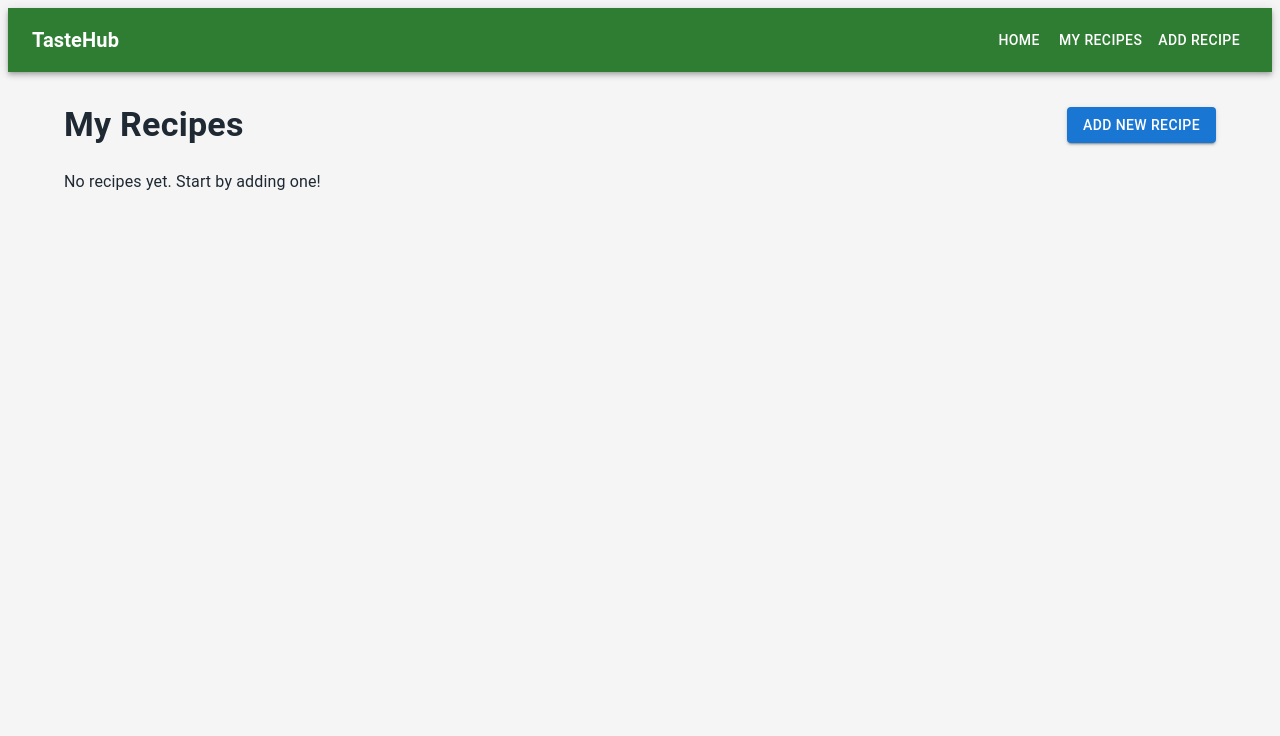
Repository: PabloVega7/TasteHub-Milestone03
Page: /my-recipes
An editor plug-in stored every save of this project. The page is shown before and after the next save, followed by the edit.
The browser window is 1280 px wide. The pictures show the whole page.
The project was rebuilt for these pictures with package versions that can differ from the ones it lists, and the page was loaded fresh each time. Also part of the build but not shown: vite.config.js, src/components/RecipeCard.jsx, src/pages/Home.jsx, src/pages/RecipeDetails.jsx, src/pages/AddRecipe.jsx, src/pages/EditRecipe.jsx. Imported but missing from the stored project, and not drawn on this page: src/components/WebRecipes.

Above is the page before, as saved 2025-11-29 15:48:28.

After the next save:
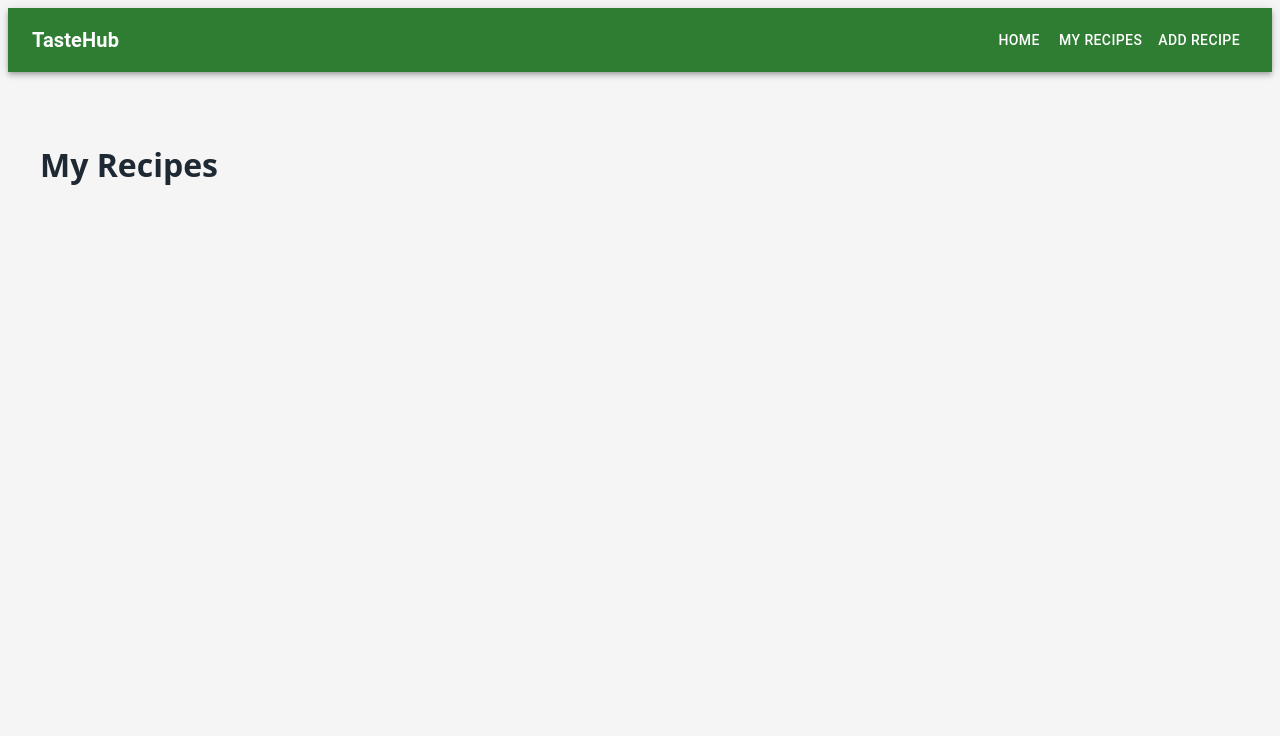
Saved 15 s later.
--- a/src/pages/MyRecipes.jsx
+++ b/src/pages/MyRecipes.jsx
@@ -1,45 +1,23 @@
-// src/pages/MyRecipes.jsx
-import { Container, Typography, Grid, Button, Box } from "@mui/material";
-import { Link } from "react-router-dom";
+import { useRecipes } from "../context/RecipesContext";
 import RecipeCard from "../components/RecipeCard";
-import { useRecipes } from "../context/RecipesContext";
 
 export default function MyRecipes() {
   const { recipes } = useRecipes();
 
   return (
-    <Container sx={{ mt: 4, mb: 6 }}>
-      <Box
-        sx={{
-          display: "flex",
-          justifyContent: "space-between",
-          alignItems: "center",
-          mb: 3,
-        }}>
-        <Typography variant="h4" fontWeight={700}>
-          My Recipes
-        </Typography>
+    <div style={{ padding: "2rem" }}>
+      <h1>My Recipes</h1>
 
-        <Button variant="contained" component={Link} to="/add-recipe">
-          Add New Recipe
-        </Button>
-      </Box>
-
-      {recipes.length === 0 ? (
-        <Typography>No recipes yet. Start by adding one!</Typography>
-      ) : (
-        <Grid container spacing={3}>
-          {recipes.map((recipe) => (
-            <Grid item xs={12} sm={6} md={4} key={recipe.id}>
-              <RecipeCard
-                id={recipe.id}
-                title={recipe.title}
-                image={recipe.image}
-              />
-            </Grid>
-          ))}
-        </Grid>
-      )}
-    </Container>
+      <div style={{ display: "flex", gap: "1rem", flexWrap: "wrap" }}>
+        {recipes.map((recipe) => (
+          <RecipeCard
+            key={recipe.id}
+            id={recipe.id}
+            title={recipe.title}
+            image={recipe.image}
+          />
+        ))}
+      </div>
+    </div>
   );
 }
